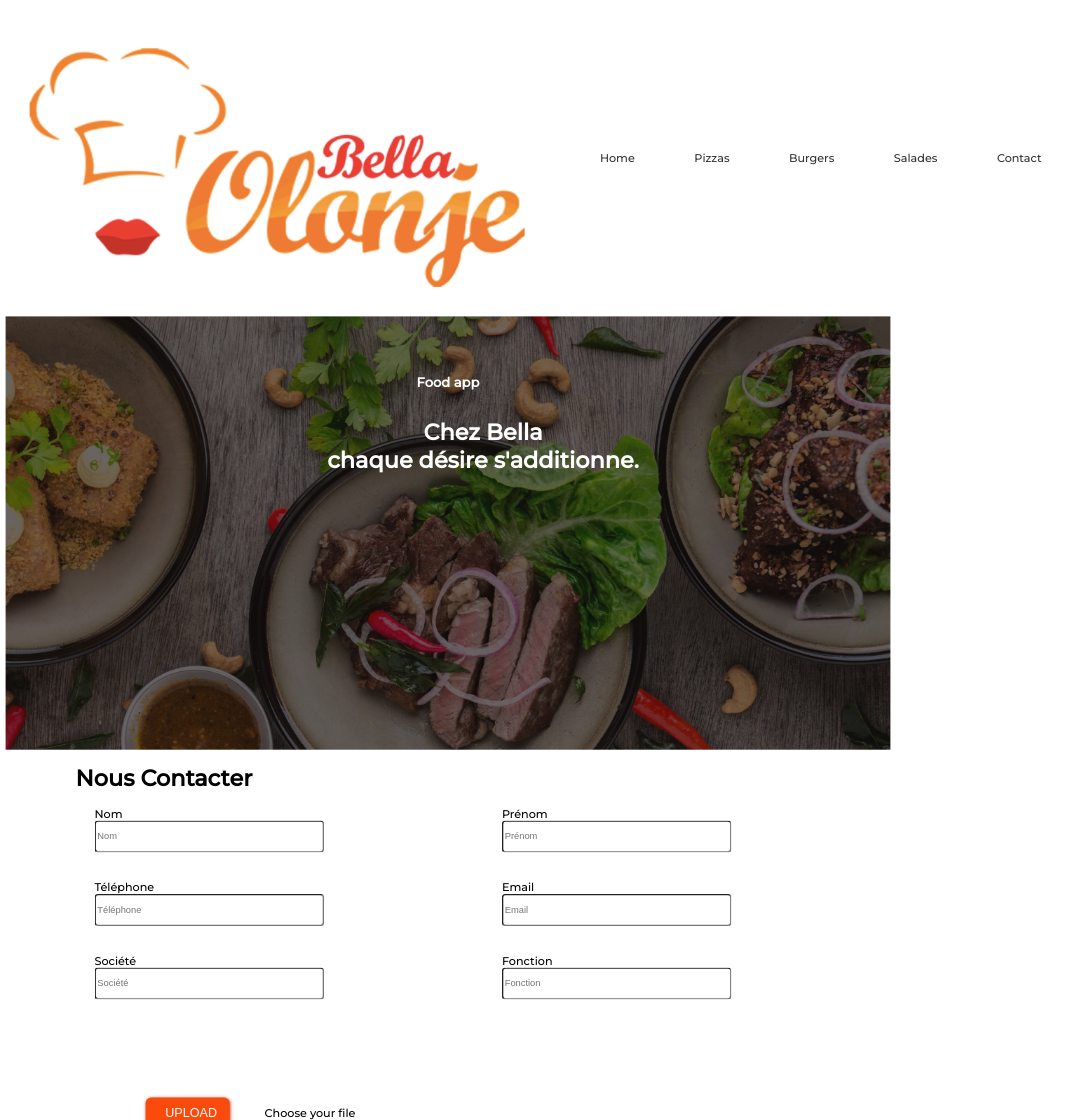
Repository: Ahlam-belhadj/bella-olange
Page: index3.html
An editor plug-in stored every save of this project. The page is shown before and after the next save, followed by the edit.
The browser window is 1280 px wide. The page is 1543 px wide, then 1312 px, so the pictures cover 1543 px, including what lies to the right of the window. The pictures show the part of the page from y = 0 to 1600 px (the page is 2792 px tall before and 2415 px after), at 70% of full size.

Above is the page before, as saved 2023-02-14 16:45:57.

After the next save:
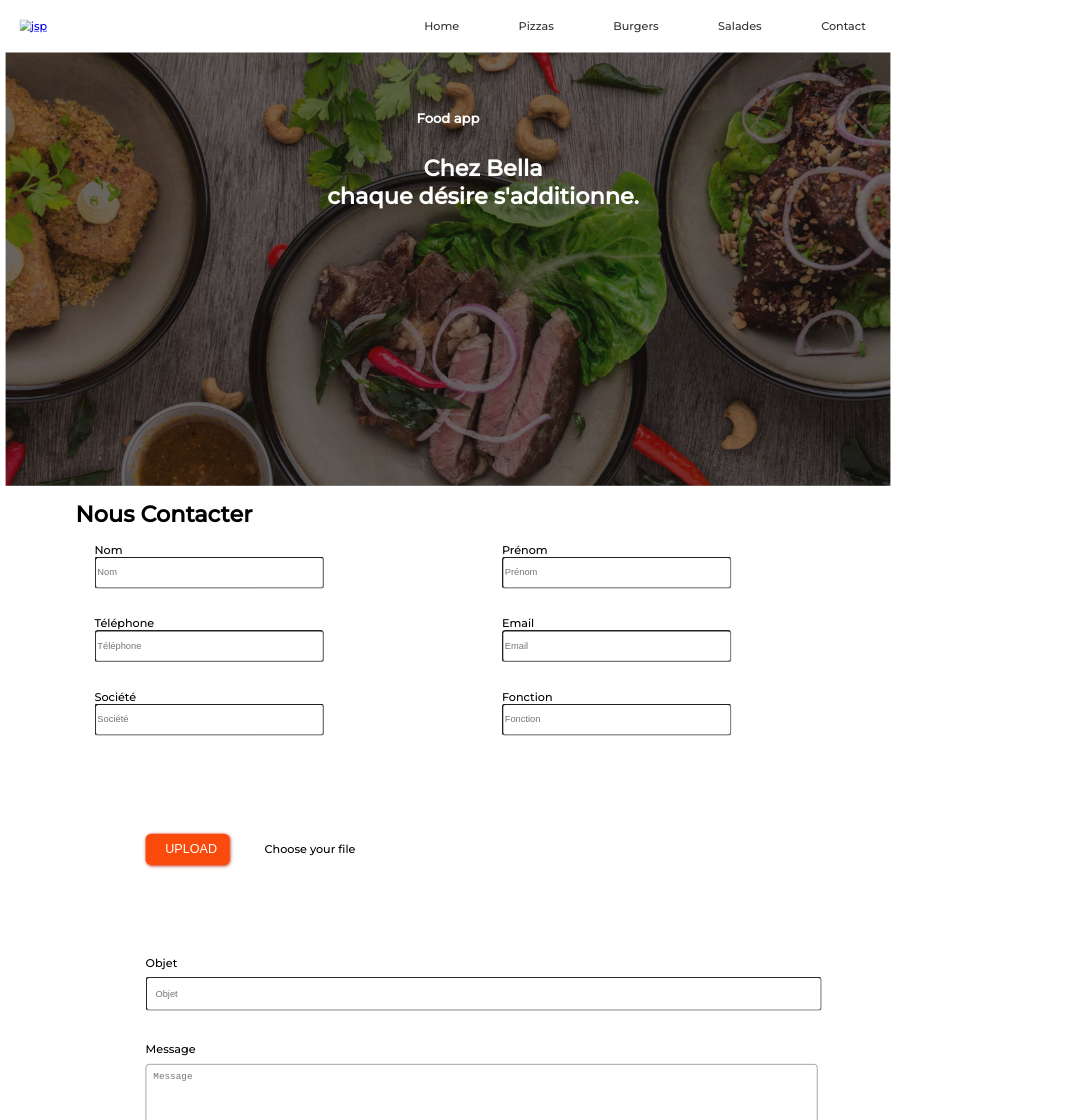
Not found: img/logo.png
Saved 2 h 29 min later.
--- a/index3.html
+++ b/index3.html
@@ -15,7 +15,7 @@
 
         <nav>
             <ul class="nav-bar">
-                <div class="logo"><a href='#'><img src="image/logo_bella_olonje.png" alt="jsp"></a></div>
+                <div class="logo"><a href='#'><img src="../img/logo.png" alt="jsp"></a></div>
                 <input type="checkbox" id="check" />
                 <span class="menu">
                     <li><a href="index.html" class="nav-link">Home</a></li>
